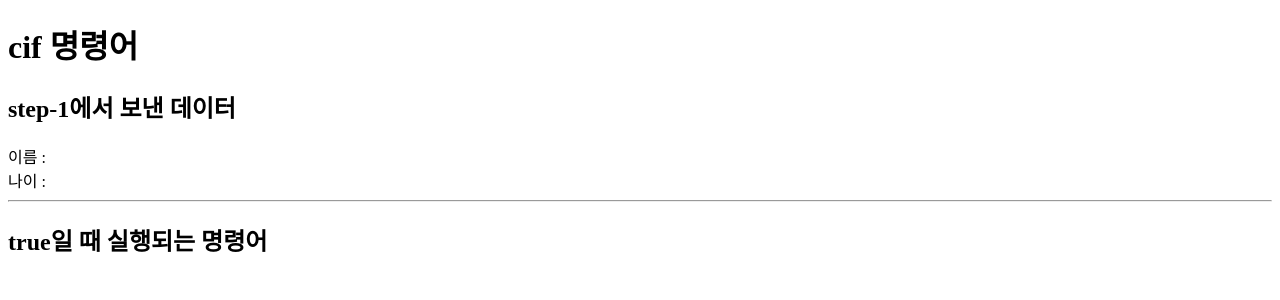
Repository: leechanggyu1118/JSTL_JAVA-WEB_-
Page: http://localhost/jstl_study/step-2.jsp
These files come from the project's save history. The page is drawn as it stood at one moment and after the next save; the edit follows.
The browser window is 1280 px wide. The pictures show the whole page.
The page is served by Tomcat 9.

Above is the page before, as saved 2024-04-11 02:55:42.

After the next save:
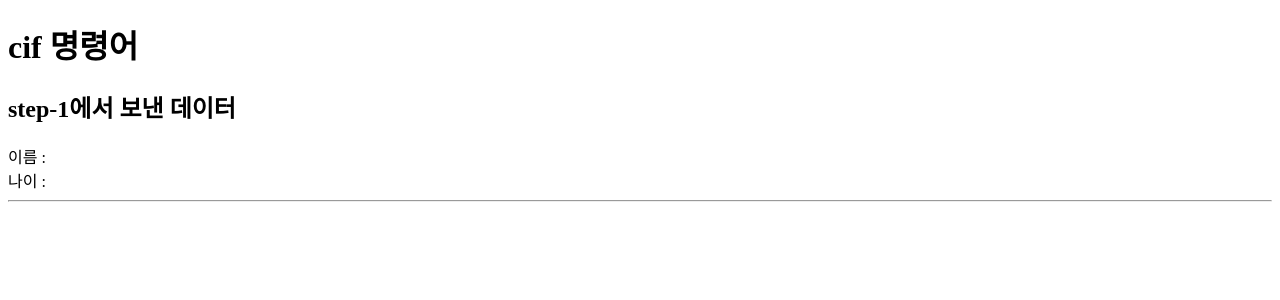
Saved 15 s later.
--- a/jstl_study/src/main/webapp/step-2.jsp
+++ b/jstl_study/src/main/webapp/step-2.jsp
@@ -16,7 +16,7 @@
 	나이 : ${param.age } <br>
 
 	<hr>
-	<c:if test="true">
+	<c:if test="false">
 		<h2>true일 때 실행되는 명령어</h2>
 	</c:if>
 
